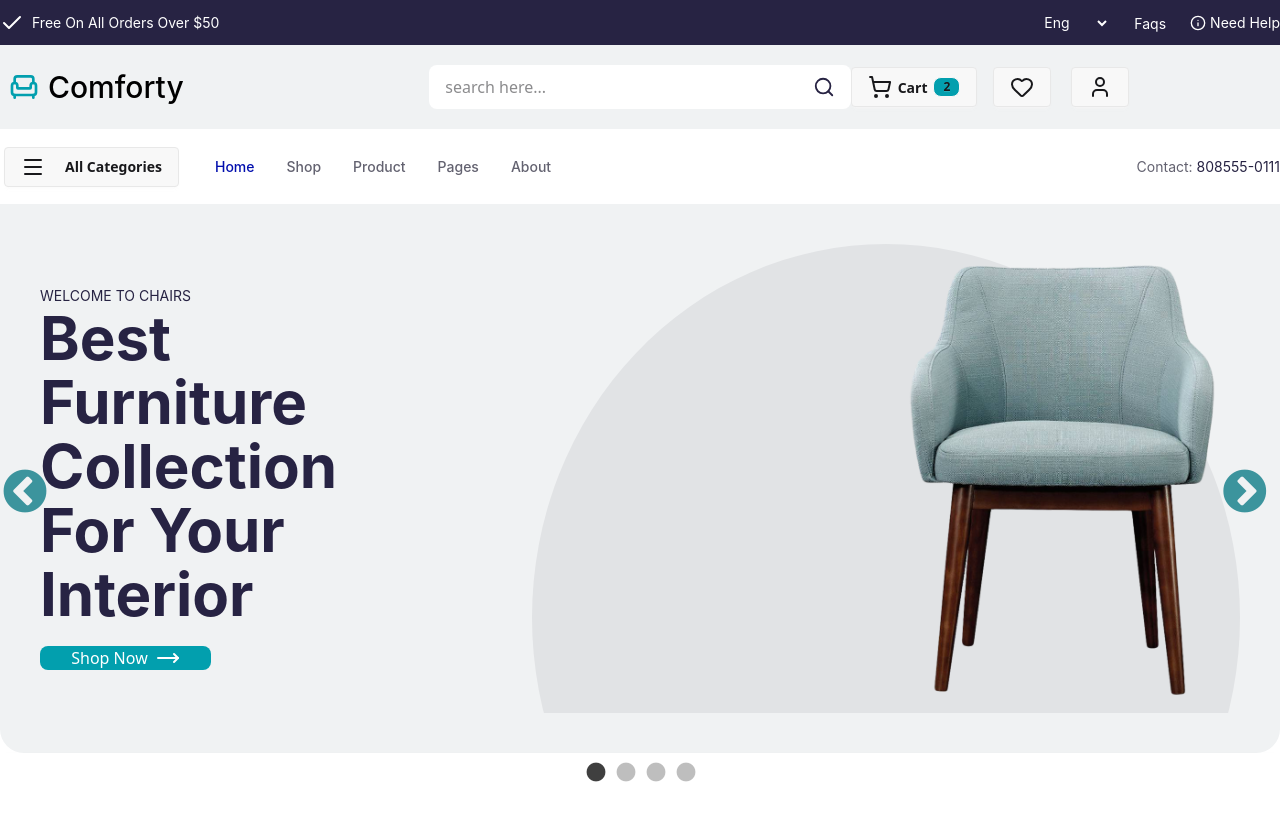
Repository: Neda0o0/store-template-website
Page: /
These files come from the project's save history. The page is drawn as it stood at one moment and after the next save; the edit follows.
The browser window is 1280 px wide. The pictures show the whole page.
The project was rebuilt for these pictures with package versions that can differ from the ones it lists, and the page was loaded fresh each time. Also part of the build but not shown: vite.config.js, src/Pages/Auth/Auth.jsx, src/Pages/Auth/Login/Login.jsx, src/Pages/Auth/Register/Register.jsx, src/Pages/Error/Error.jsx, src/AuthCheck/AuthCheck.jsx.

Above is the page before, as saved 2025-10-23 12:22:40.

### index.html
<!DOCTYPE html>
<html lang="en">
  <head>
    <meta charset="UTF-8" />
    <link rel="icon" type="image/svg+xml" href="/vite.svg" />
    <meta name="viewport" content="width=device-width, initial-scale=1.0" />
    <title>new-project</title>
  </head>
  <body>
    <div id="root"></div>
    <script type="module" src="/src/main.jsx"></script>
  </body>
</html>

### src/main.jsx
import { StrictMode } from "react";
import { createRoot } from "react-dom/client";
import MainLayout from "./MainLayout/MainLayout";
import "./index.css";

createRoot(document.getElementById("root")).render(
  <StrictMode>
    <MainLayout />
  </StrictMode>
);

### src/MainLayout/MainLayout.jsx
import { BrowserRouter, Route, Routes } from "react-router";
import Navbar from "../components/Navbar/Navbar";
import Home from "../Pages/Home/Home";
import Auth from "../Pages/Auth/Auth";
import Login from "../Pages/Auth/Login/Login";
import Register from "../Pages/Auth/Register/Register";
import Error from "../Pages/Error/Error";
import AuthCheck from "../AuthCheck/AuthCheck";

const MainLayout = () => {
  return (
    <BrowserRouter>
      {/* Navbar */}
      <Navbar />
      <Routes>
        <Route
          path="/"
          element={
            <AuthCheck>
              <Home />
            </AuthCheck>
          }
        />
        <Route path="auth" element={<Auth />}>
          <Route path="login" element={<Login />} />
          <Route path="register" element={<Register />} />
        </Route>
        {/* not found routes */}
        <Route path="*" element={<Error />} />
      </Routes>
    </BrowserRouter>
  );
};
export default MainLayout;

### src/index.css
@import "tailwindcss";
@plugin "daisyui";

/* google font inter */
@import url("https://fonts.googleapis.com/css2?family=Inter:ital,opsz,wght@0,14..32,100..900;1,14..32,100..900&display=swap");

@theme {
  --font-inter: "Inter", sans-serif;
}

.banner_slide_item {
  display: flex !important;
  justify-content: space-between;
  align-items: center;
  gap: 7.5rem;
}

.banner_image {
  position: relative;
}
.banner_image::before {
  content: "";
  position: absolute;
  top: 0;
  right: 0;
  max-width: 747px;
  width: 100%;
  min-height: 747px;
  height: 100%;
  background-color: #e1e3e5;
  border-radius: 100%;
  z-index: -1;
}
.slick-prev,
.slick-next {
  z-index: 5 !important;
}
.slick-prev {
  left: -40px;
}
.slick-next {
  right: 0.25px;
}
.slick-prev:before,
.slick-next:before {
  font-family: "slick";
  font-size: 50px !important;
  line-height: 1;
  opacity: 0.75;
  color: #007580 !important;
  -webkit-font-smoothing: antialiased;
  -moz-osx-font-smoothing: grayscale;
}
.slick-dots {
  position: absolute;
  bottom: -70px !important;
  display: block;
  width: 100%;
  padding: 0;
  margin: 0;
  list-style: none;
  text-align: center;
}
.slick-dots li button:before {
  font-family: "slick";
  font-size: 22px !important;
  line-height: 20px;
  position: absolute;
  top: 0;
  left: 0;
  width: 20px;
  height: 20px;
  text-align: center;
  opacity: 0.25;
  color: black;
  -webkit-font-smoothing: antialiased;
  -moz-osx-font-smoothing: grayscale;
}

### src/components/Navbar/Navbar.jsx
import {
  Armchair,
  Check,
  Info,
  Search,
  ShoppingCart,
  Heart,
  User,
  Menu,
} from "lucide-react";
import { Link, NavLink } from "react-router-dom";

const Navbar = () => {
  return (
    <div>
      {/* navbar top */}
      <div className="navbar_top flex items-center justify-center bg-[#272343] w-full h-[45px]">
        <div className="lg:container flex justify-between items-center">
          <p className="flex items-center gap-2 text-sm font-inter font-normal text-white capitalize">
            <Check />
            Free on all orders over $50
          </p>
          <div className="navbar_top_right flex items-center gap-6">
            <select
              defaultValue="Server location"
              className=" bg-none h-[30px] w-[70px] text-sm font-inter font-normal capitalize text-white"
            >
              <option>Eng</option>
              <option>Farsi</option>
            </select>
            <button>
              <Link className="text-sm text-white font-inter font-normal capitalize ">
                Faqs
              </Link>
            </button>
            <button>
              <Link className="flex items-center gap-1 text-sm  text-white font-inter font-normal capitalize">
                <Info size={16} />
                Need help
              </Link>
            </button>
          </div>
        </div>
      </div>
      {/* navbar middle */}
      <div className="navbar middle flex items-center justify-center bg-[#f0f2f3] w-full h-[84px]">
        <div className="lg:container grid grid-cols-3 items-center">
          <div className="logo_wrapper">
            <Link
              to="/"
              className="text-3xl text-black font-inter font-medium capitalize flex items-center gap-2"
            >
              <Armchair size="2rem" color="#029fae" /> Comforty
            </Link>
          </div>
          <div className="search_box">
            <form action="#" className="max-w-[443px] h-[44px] relative">
              <input
                type="text"
                placeholder="search here..."
                className=" max-w-[443px] w-full h-full bg-white rounded-lg pl-4 "
              />
              <button className="absolute to-50% right-4 translate-y-1/2">
                <Search size="22px" color="#272343" />
              </button>
            </form>
          </div>
          {/* navbar middle right */}
          <div className="navbar_middle_right flex items-center gap-4">
            <button className="btn capitalize">
              <ShoppingCart /> cart
              <div className="badge badge-sm bg-[#029fae]">2</div>
            </button>
            <button className="btn capitalize">
              <Heart />
            </button>

            <div className="dropdown">
              <div tabIndex={0} role="button" className="btn m-1">
                <User />
              </div>
              <ul
                tabIndex="-1"
                className="dropdown-content menu bg-base-100 rounded-box z-1 w-52 p-2 shadow-sm"
              >
                <li>
                  <Link>Account</Link>
                </li>
                <li>
                  <Link>Logout</Link>
                </li>
              </ul>
            </div>
          </div>
        </div>
      </div>

      {/* navbar bottom */}
      <div className="navbar_bottom flex items-center justify-center w-full h-[75px] bg-white border-[#ele3e5]">
        <div className="lg:container flex items-center justify-between">
          <div className="navbar_bottom_left flex items-center gap-8">
            <div className="dropdown dropdown-start">
              <div
                tabIndex={0}
                role="button"
                className="btn m-1 flex items-center gap-5 capitalize"
              >
                <Menu /> all categories
              </div>
              <ul
                tabIndex="-1"
                className="dropdown-content menu bg-base-100 rounded-box z-1 w-52 p-2 shadow-sm"
              >
                <li>
                  <a>Chair</a>
                </li>
                <li>
                  <a>Pant</a>
                </li>
                <li>
                  <a>Shirt</a>
                </li>
                <li>
                  <a>T-shirt</a>
                </li>
              </ul>
            </div>
            <nav className="flex items-center gap-8">
              <NavLink
                to="/"
                className="text-sm text-[#020fae] font-inter font-medium capitalize"
              >
                Home
              </NavLink>
              <NavLink className="text-sm text-[#636270] font-inter font-medium capitalize">
                shop
              </NavLink>
              <NavLink className="text-sm text-[#636270] font-inter font-medium capitalize">
                product
              </NavLink>
              <NavLink className="text-sm text-[#636270] font-inter font-medium capitalize">
                pages
              </NavLink>
              <NavLink className="text-sm text-[#636270] font-inter font-medium capitalize">
                about
              </NavLink>
            </nav>
          </div>

          <div className="navbar_bottom_right">
            <p className="text-sm text-[#636270] font-inter font-normal capitalize">
              contact: <span className="text-[#272343]">{808}555-0111</span>
            </p>
          </div>
        </div>
      </div>
    </div>
  );
};
export default Navbar;

### src/Pages/Home/Home.jsx
import Banner from "../../components/Banner/Banner";
import Delivery from "../../components/Delivery/Delivery";
const Home = () => {
  return (
    <div>
      {/* banner component */}
      <div className="w-full rounded-b-3xl bg-[#f0f2f3] min-h-[85px] flex items-center justify-center ">
        <Banner></Banner>
      </div>
      {/* delivery component */}
      <div className="w-full min-h[#150px] shadow-md bg-white ">
        <Delivery></Delivery>
      </div>
    </div>
  );
};
export default Home;

### src/components/Banner/Banner.jsx
import "slick-carousel/slick/slick.css";
import "slick-carousel/slick/slick-theme.css";
import Slider from "react-slick";
import { MoveRight } from "lucide-react";

const Banner = () => {
  const products = [
    {
      id: 1,
      title: "Best Furniture collection for your interior ",
      subTitle: "welcome to chairs",
      image: "/src/assets/Banner/banner_image.png",
    },
    {
      id: 2,
      title: "Best Furniture collection for your interior ",
      subTitle: "welcome to chairs",
      image: "/src/assets/Banner/banner_image.png",
    },
    {
      id: 3,
      title: "Best Furniture collection for your interior ",
      subTitle: "welcome to chairs",
      image: "/src/assets/Banner/banner_image.png",
    },
    {
      id: 4,
      title: "Best Furniture collection for your interior ",
      subTitle: "welcome to chairs",
      image: "/src/assets/Banner/banner_image.png",
    },
  ];
  const settings = {
    dots: true,
    infinite: true,
    speed: 500,
    slidesToShow: 1,
    slidesToScroll: 1,
  };
  return (
    <div className="lg:container w-full p-10">
      <div className="slider-container w-full h-full">
        <Slider {...settings}>
          {products?.map((product) => (
            <div key={product?.id} className="banner_slide_item">
              {/* banner text */}
              <div className="banner_text">
                <p className="text-sm font-inter font-normal text-[#272343] uppercase">
                  {product?.subTitle}
                </p>
                <h3 className="text-6xl text-[#272343] font-inter capitalize leading-16 max-w-[631px] w-full font-bold mb-5">
                  {product?.title}
                </h3>
                <button className="max-w-[171px] w-full flex items-center justify-center gap-2 h-[52] bg-[#029fae] rounded-lg cursor-pointer text-white capitalize">
                  shop now <MoveRight />
                </button>
              </div>

              {/* banner image */}
              <div className="banner_image w-full h-full flex items-center justify-end">
                <img
                  className="w-[50%]"
                  src={product?.image}
                  alt={product?.title}
                />
              </div>
            </div>
          ))}
        </Slider>
      </div>
    </div>
  );
};
export default Banner;

### src/components/Delivery/Delivery.jsx
const Delivery = () => {
  return (
    <div className="lg:container flex items-center justify-between py-10"></div>
  );
};
export default Delivery;

After the next save:
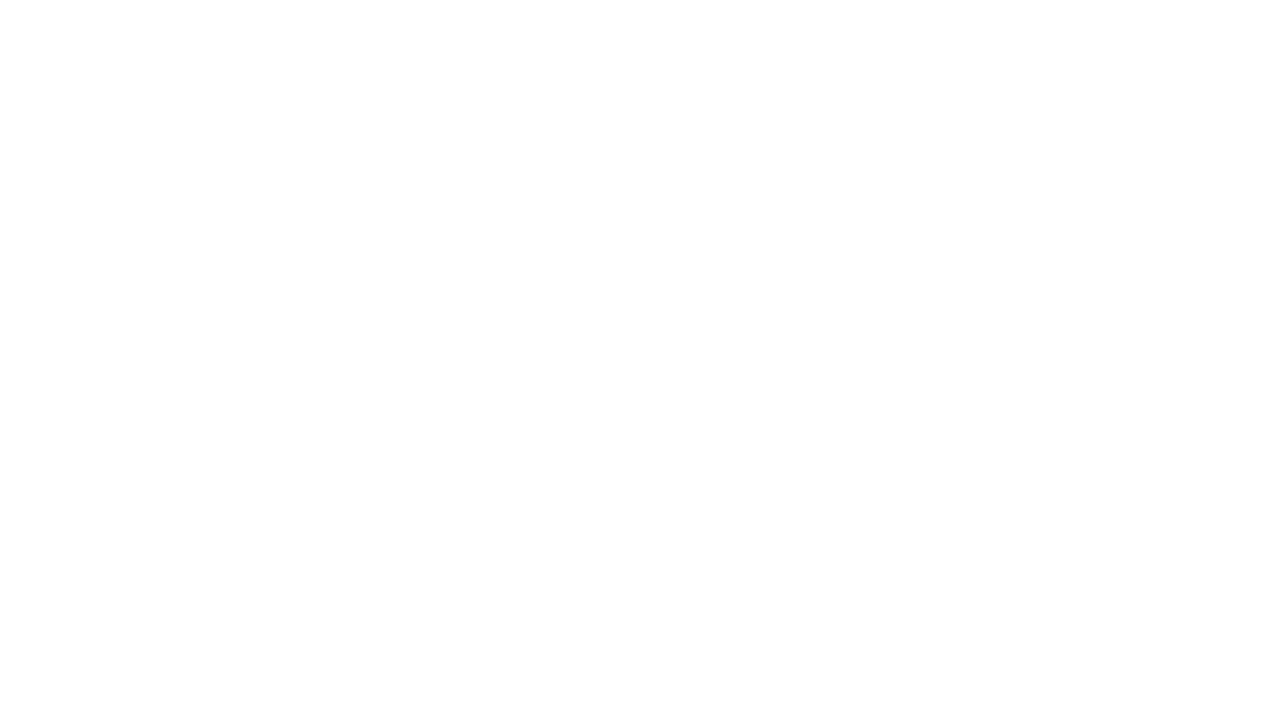
Console error (its wording comes from the project's code and is left out).
Saved 2 min 25 s later.
--- a/src/components/Delivery/Delivery.jsx
+++ b/src/components/Delivery/Delivery.jsx
@@ -1,6 +1,14 @@
+import Percent from "lucide-react";
+
 const Delivery = () => {
   return (
-    <div className="lg:container flex items-center justify-between py-10"></div>
+    <div className="lg:container flex items-center justify-between py-10">
+      <div className="grid grid-cols-4">
+        <div className="delivery_wrapper">
+          <Percent />
+        </div>
+      </div>
+    </div>
   );
 };
 export default Delivery;

After the 5 saves that followed:
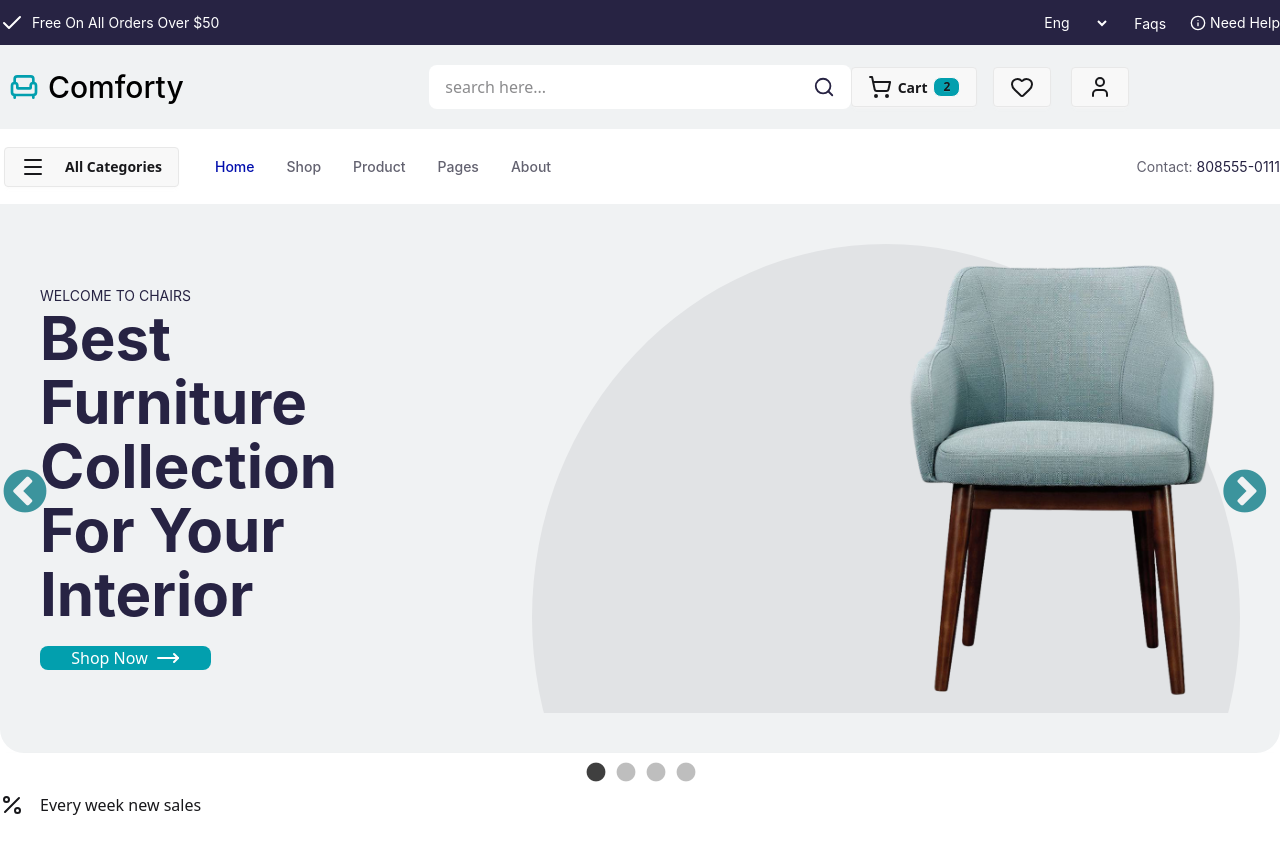
The error is gone.
The 5 saves are shown as one change because 4 left the picture as it was.
The last was saved 3 min 46 s later.
--- a/src/components/Delivery/Delivery.jsx
+++ b/src/components/Delivery/Delivery.jsx
@@ -1,11 +1,18 @@
-import Percent from "lucide-react";
+import { Percent } from "lucide-react";
 
 const Delivery = () => {
   return (
     <div className="lg:container flex items-center justify-between py-10">
       <div className="grid grid-cols-4">
         <div className="delivery_wrapper">
-          <Percent />
+          <div className="flex items-center justify-between gap-4">
+            <p>
+              <Percent />
+            </p>
+            <div>
+              <h4>Every week new sales</h4>
+            </div>
+          </div>
         </div>
       </div>
     </div>
